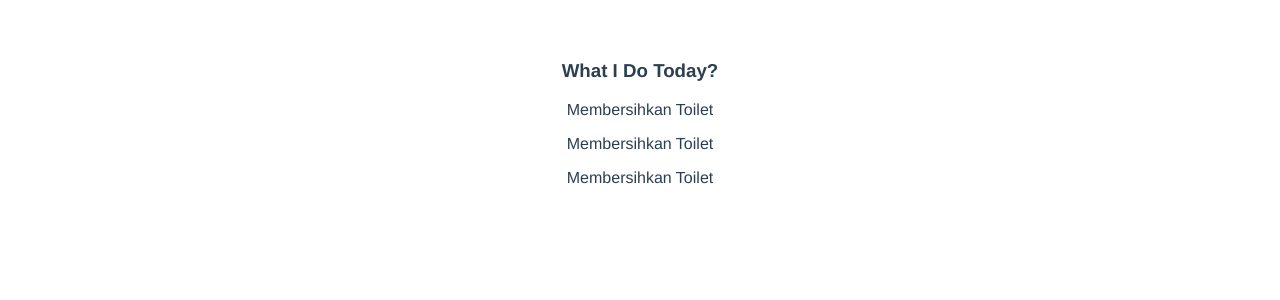
Repository: AdiPrimanto/praxis-academy
Page: / (app in novice/03-05/todolist/)
The author's editor kept a copy of each file at every save. The page is drawn from the files as they stood at one save, then again after the next save.
The browser window is 1280 px wide. The pictures show the whole page.
The project was rebuilt for these pictures with package versions that can differ from the ones it lists, and the page was loaded fresh each time.

Above is the page before, as saved 2019-11-29 13:56:19.

After the next save:
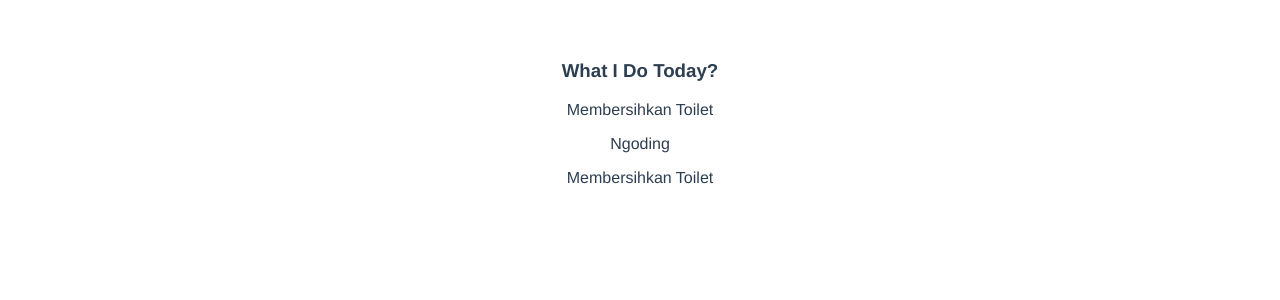
Saved 9 s later.
--- a/novice/03-05/todolist/src/App.vue
+++ b/novice/03-05/todolist/src/App.vue
@@ -24,7 +24,7 @@
         },
         {
           id: 1,
-          nama: 'Membersihkan Toilet'
+          nama: 'Ngoding'
         },
         {
           id: 1,
